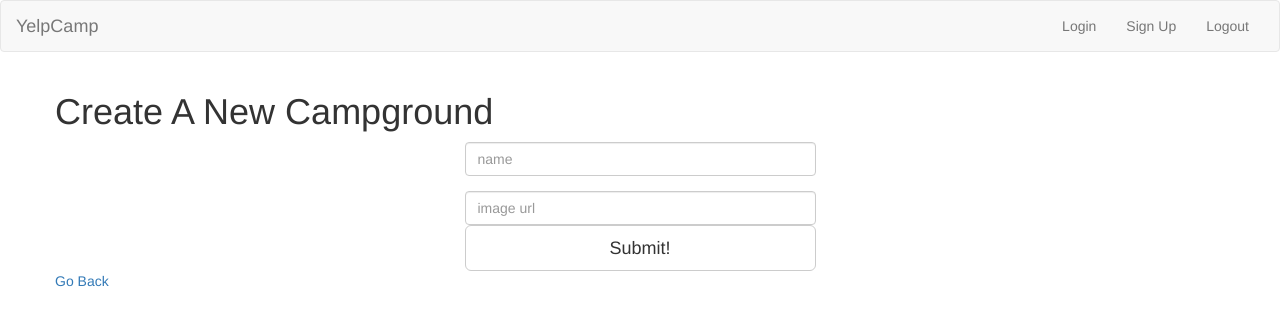
Repository: demioke/web-development-bootcamp
Page: http://localhost/campgrounds/new
The author's editor kept a record of every edit. The page is drawn from the files as they stood at one moment, then again after the next edit.
The browser window is 1280 px wide. The pictures show the whole page.
The page is served by the project's Node server (YelpCamp/v1/app.js).

Above is the page before.

### YelpCamp/v1/views/new.ejs
<% include partials/header %>

<div class="container">
    <div class="row">
        <h1>Create A New Campground</h1>
        <div style="width: 30%; margin: 0 auto;">
            <form action="/campgrounds" method="POST">
                <div class="form-group">
                    <input class="form-control" type="text" name="name" placeholder="name">
                </div>
                <div class="form-group">

                </div>
                <div class="form-group">

                </div>

                <input class="form-control" type="text" name="image" placeholder="image url">
                <button class="btn btn-lg btn-default btn-block">Submit!</button>
            </form>
        </div>

        <a href="/campgrounds">Go Back</a>
    </div>
</div>


<% include partials/footer %>

### YelpCamp/v1/views/partials/header.ejs
<!DOCTYPE html>
<html>
    <head>
        <title>YelpCamp</title>
        <link rel="stylesheet" href="https://stackpath.bootstrapcdn.com/bootstrap/3.3.5/css/bootstrap.min.css">
    </head>
    <body>

    <nav class="navbar navbar-default">
        <div class="container-fluid">
            <div class="navbar-header">
                <a class="navbar-brand" href="/">YelpCamp</a>
            </div>
            <div class="collapse navbar-collapse">
                <ul class="nav navbar-nav navbar-right">
                    <li><a href="/">Login</a></li>
                    <li><a href="/">Sign Up</a></li>
                    <li><a href="/">Logout</a></li>
                </ul>
            </div>
        </div>
    </nav>

### YelpCamp/v1/views/partials/footer.ejs
     </body>
</html>

### YelpCamp/v1/app.js
var express = require("express");
var app = express();
var bodyParser = require("body-parser");

app.use(bodyParser.urlencoded({extended: true}));
app.set("view engine", "ejs");

var campgrounds = [
        {name: "Salmon Creek", image:"https://farm9.staticflickr.com/8041/7930201874_6c17ed670a.jpg"},
        {name: "Granite Hill", image:"https://farm8.staticflickr.com/7205/7121863467_eb0aa64193.jpg"},
        {name: "Mountain Goat's Rest", image:"https://pixabay.com/get/e83db50929f0033ed1584d05fb1d4e97e07ee3d21cac104497f9c67eafe4b1be_340.jpg"}
];

app.get("/", function(req, res) {
    res.render("landing");
});

app.get("/campgrounds", function(req, res) {
    res.render("campgrounds", {campgrounds: campgrounds});
});

app.post("/campgrounds", function(req, res) {
    //get data from form and add to campgrounds array
    var name = req.body.name;  //body-parser allows us to obtain the body req as an object. ".name" is the name attr in form on new.ejs
    var image = req.body.image;
    var newCampground = {name: name, image: image}; //creating new campground object
    campgrounds.push(newCampground); //adding new campground to campgrounds array
    //redirect back to campgrounds page
    res.redirect("/campgrounds"); //redirects as get request
});

app.get("/campgrounds/new", function(req, res) {
    res.render("new.ejs"); //form for adding new campgrounds
});




app.listen(process.env.PORT, process.env.IP, function() {
    console.log("The YelpCamp Server has started");
});

After the next edit:
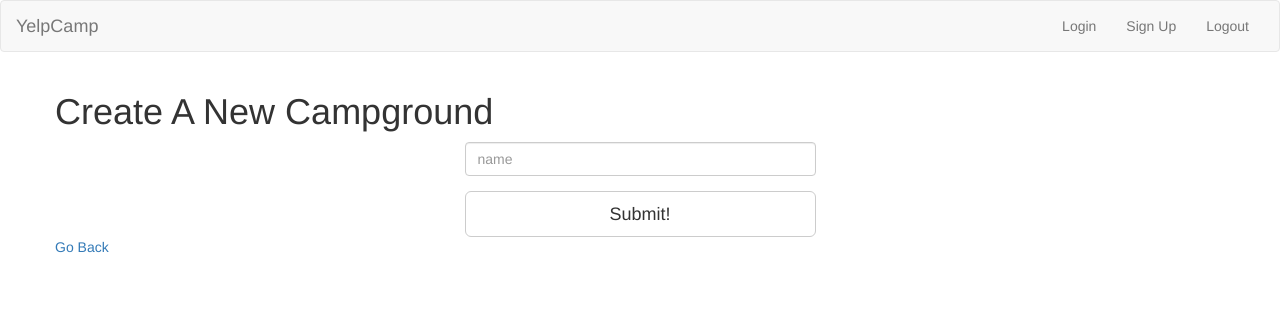
The edit:
--- a/YelpCamp/v1/views/new.ejs
+++ b/YelpCamp/v1/views/new.ejs
@@ -15,7 +15,7 @@
 
                 </div>
 
-                <input class="form-control" type="text" name="image" placeholder="image url">
+
                 <button class="btn btn-lg btn-default btn-block">Submit!</button>
             </form>
         </div>
